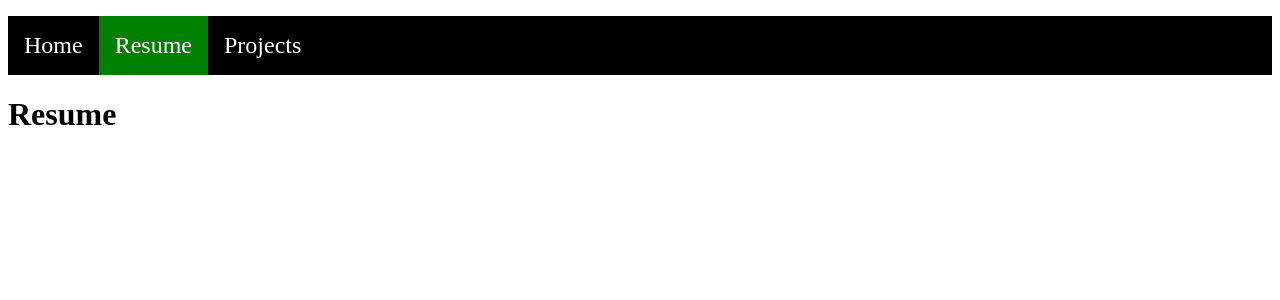
Repository: meganclapinski/meganclapinski.github.io
Page: resume.html
The author's editor kept a record of every edit. The page is drawn from the files as they stood at one moment, then again after the next edit.
The browser window is 1280 px wide. The pictures show the whole page.

Above is the page before.

After the next edit:
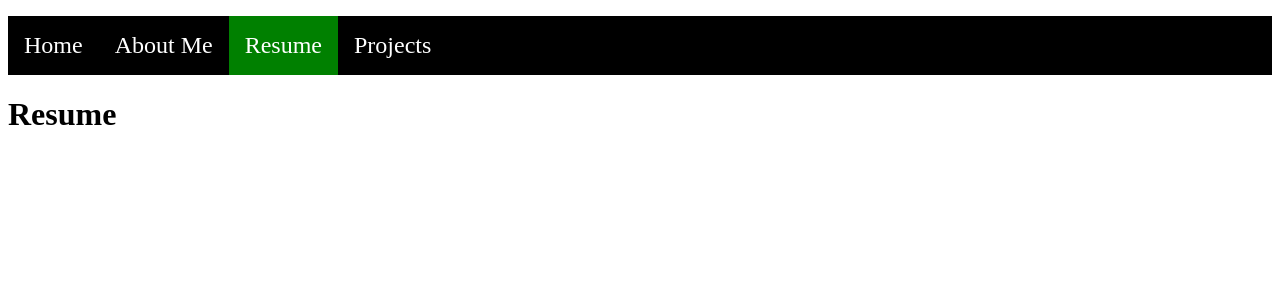
The edit:
--- a/resume.html
+++ b/resume.html
@@ -11,7 +11,8 @@
      <body>
         <ul class="navbar">
             <li> <a href="index.html">Home</a></li>
-            <li class="active"> <a href="resume.html" >Resume</a></li>
+            <li> <a href="aboutme.html">About Me</a></li>
+           <li class="active"> <a href="resume.html" >Resume</a></li>
 
             <li class= "dropdown">
               <div>Projects</div>
